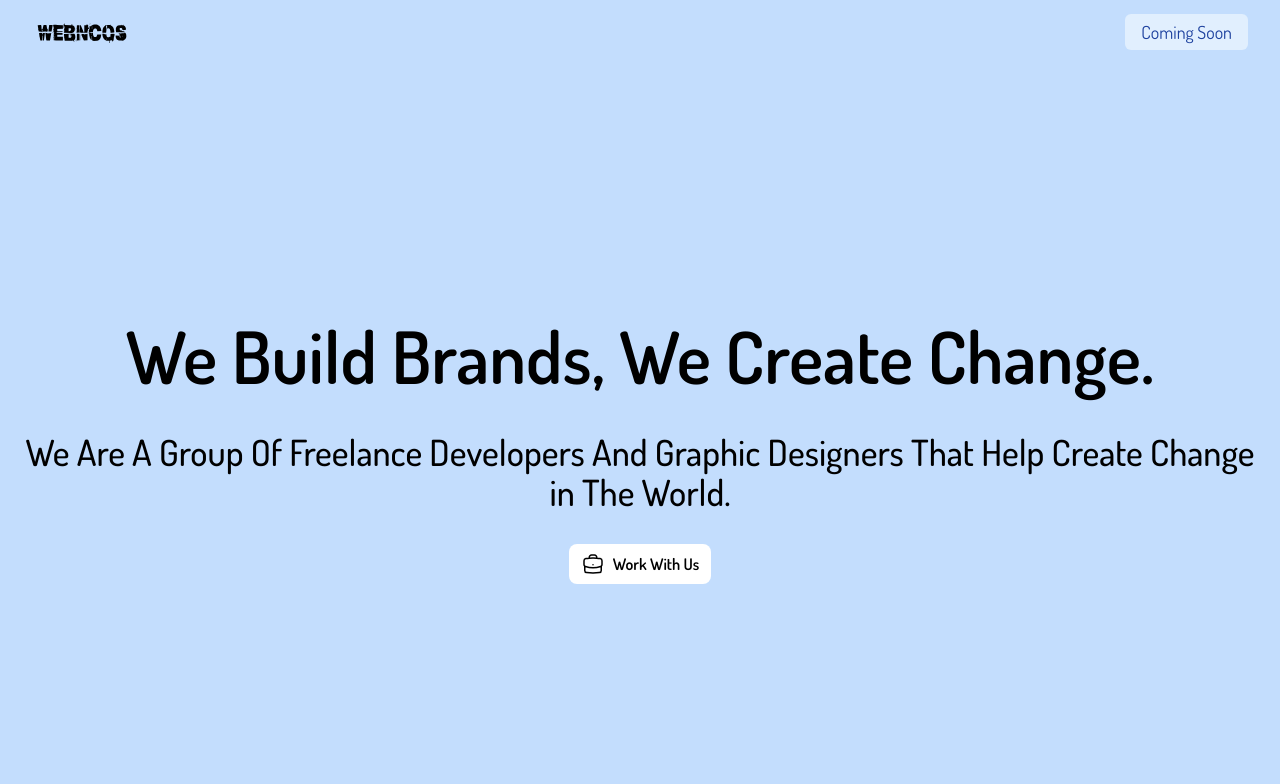
Repository: 1realjulius/webncos
Page: /
An editor plug-in stored every save of this project. The page is shown before and after the next save, followed by the edit.
The browser window is 1280 px wide. The pictures show the whole page.
The project was rebuilt for these pictures with package versions that can differ from the ones it lists, and the page was loaded fresh each time. The framework's server and built-in components were replaced by stand-ins that run in the browser. Also part of the build but not shown: next.config.js.

Above is the page before, as saved 2022-09-04 00:16:31.

### pages/index.tsx
import type { NextPage } from "next";
import Head from "next/head";
import ComingSoon from "../components/ComingSoon";
import MainHome from "../components/MainHome";
import NavigationBar from "../components/NavigationBar";

const Home: NextPage = () => {
  return (
    <div className="flex min-h-screen font-DosisRegular flex-col bg-blue-200">
      <Head>
        <title>Webncos</title>
        <meta
          name="description"
          content="Website and Software Development Agency."
        />
        <meta property="og:type" content="website" />
        <meta property="og:url" content="https://www.webncos.com/" />
        <meta
          property="og:title"
          content="Webncos — Website and Software Development Agency."
        />
        <meta
          property="og:description"
          content="Website and Software Development Agency."
        />
        {/* <meta property="og:image" content="/Assets/newmemoji.svg"/> */}
        {/* <meta property="twitter:card" content="/Assets/Julius_Eghan.jpg"/> */}
        <meta property="twitter:url" content="https://www.webncos.com/" />
        <meta
          property="twitter:title"
          content="Webncos — Website and Software Development Agency."
        />
        <meta
          property="twitter:description"
          content="Website and Software Development Agency."
        />
        {/* <meta property="twitter:image" content="/Assets/Julius_Eghan.jpg"/> */}
        <link rel="icon" href="/favicon.ico" />
        <link
          rel="apple-touch-icon"
          sizes="180x180"
          href="/apple-touch-icon.png"
        />
        <link
          rel="icon"
          type="image/png"
          sizes="32x32"
          href="/favicon-32x32.png"
        />
        <link
          rel="icon"
          type="image/png"
          sizes="16x16"
          href="/favicon-16x16.png"
        />
        {/* <meta name="google-site-verification" content="0HesePHVymRqGiL70HUKPIq0Zsap0uUIb_Ci0DpImRY" /> */}
        <meta
          name="theme-color"
          content="#2563eb"
          media="(prefers-color-scheme: light)"
        />
        <meta
          name="theme-color"
          content="#2563eb"
          media="(prefers-color-scheme: dark)"
        />
      </Head>
      <NavigationBar />
      <ComingSoon/>
    </div>
  );
};

export default Home;

### styles/globals.css
@tailwind base;
@tailwind components;
@tailwind utilities;

@layer base{
      @font-face{
        font-family: 'DosisSemiBold';
        src: url("/Fonts/Dosis-SemiBold.woff2") format("woff2");
      }
      @font-face{
        font-family: 'DosisMedium';
        src: url("/Fonts/Dosis-Medium.woff2") format("woff2");
      }
      @font-face{
        font-family: 'DosisRegular';
        src: url("/Fonts/Dosis-Regular.woff2") format("woff2");
      }
    }

### components/ComingSoon.tsx
import Image from "next/image";
import Link from "next/link";
import React from "react";

const ComingSoon = () => {
  return (
    <div className="flex flex-col items-center justify-center">
      <div className="max-w-7xl min-h-screen flex flex-col items-center justify-center">
        <div className="p-4 text-center">
          <h1 className="font-DosisSemiBold text-4xl md:text-7xl md:my-10 my-4">
            We Build Brands, We Create Change.
          </h1>
          <h3 className="font-DosisMedium md:text-4xl mb-4">
            We Are A Group Of Freelance Developers And Graphic Designers That
            Help Create Change in The World.
          </h3>
        </div>
        <div className="flex flex-col items-center">
          <Link href="mailto:iamjuliusbusiness@gmail.com?subject=Let's work together at Webncos Agency 💰">
            <div className="flex flex-row items-center space-x-2 bg-white px-3 py-2 rounded-lg active:bg-blue-200 cursor-pointer">
              <span>
                <svg
                  xmlns="http://www.w3.org/2000/svg"
                  fill="none"
                  viewBox="0 0 24 24"
                  stroke-width="1.5"
                  stroke="currentColor"
                  className="w-6 h-6"
                >
                  <path
                    stroke-linecap="round"
                    stroke-linejoin="round"
                    d="M20.25 14.15v4.25c0 1.094-.787 2.036-1.872 2.18-2.087.277-4.216.42-6.378.42s-4.291-.143-6.378-.42c-1.085-.144-1.872-1.086-1.872-2.18v-4.25m16.5 0a2.18 2.18 0 00.75-1.661V8.706c0-1.081-.768-2.015-1.837-2.175a48.114 48.114 0 00-3.413-.387m4.5 8.006c-.194.165-.42.295-.673.38A23.978 23.978 0 0112 15.75c-2.648 0-5.195-.429-7.577-1.22a2.016 2.016 0 01-.673-.38m0 0A2.18 2.18 0 013 12.489V8.706c0-1.081.768-2.015 1.837-2.175a48.111 48.111 0 013.413-.387m7.5 0V5.25A2.25 2.25 0 0013.5 3h-3a2.25 2.25 0 00-2.25 2.25v.894m7.5 0a48.667 48.667 0 00-7.5 0M12 12.75h.008v.008H12v-.008z"
                  />
                </svg>
              </span>
              <span className="font-DosisSemiBold leading-none">Work With Us</span>
            </div>
          </Link>
        </div>
      </div>
    </div>
  );
};

export default ComingSoon;

### components/NavigationBar.tsx
/* This example requires Tailwind CSS v2.0+ */
import { Fragment } from "react";
import { Disclosure, Menu, Transition } from "@headlessui/react";
import { BellIcon, MenuIcon, XIcon } from "@heroicons/react/outline";
import Link from "next/link";
import Image from "next/image";

function classNames(...classes: string[]) {
  return classes.filter(Boolean).join(" ");
}

export default function NavigationBar() {
  return (
    <Disclosure as="nav" className="bg-blue-200">
      {({ open }) => (
        <>
          <div className="max-w-7xl mx-auto px-4 sm:px-6 lg:px-8">
            <div className="flex justify-between h-16">
              <div className="flex">
                <div className="flex-shrink-0 flex items-center">
                  {/* the logo */}
                  <Link href="#">
                    <Image
                      src="/Assets/webncos-logo-lg.svg"
                      width={100}
                      height={22}
                      alt="webncos logo"
                      className=""
                    />
                  </Link>
                </div>
                <div className="hidden sm:ml-6 sm:flex sm:space-x-8"></div>
              </div>
              <div className="hidden sm:ml-6 sm:flex sm:items-center">
                {/* <a
                  href="#"
                  className="text-gray-500 text-lg hover:text-gray-900 inline-flex items-center px-3 pt-1 "
                >
                  Work
                </a>
                <a
                  href="#"
                  className="text-gray-500 text-lg hover:text-gray-900 inline-flex items-center px-3 pt-1 "
                >
                  Features
                </a>
                <a
                  href="#"
                  className=" text-gray-500 hover:text-gray-900 inline-flex items-center px-3 pt-1  text-lg"
                >
                  Testimonials
                </a>
                <a
                  href="#"
                  className=" text-gray-500 hover:text-gray-900 inline-flex items-center px-3 pt-1  text-lg"
                >
                  About Us
                </a> */}
                <Link href="#">
                  <div className="px-4 py-1 bg-blue-100 active:bg-blue-300 rounded-md cursor-pointer">
                    <h2 className="text-blue-800 text-lg">Coming Soon</h2>
                  </div>
                </Link>
              </div>
              <div className="-mr-2 flex items-center sm:hidden">
                {/* Mobile menu button */}
                <Disclosure.Button className="inline-flex items-center justify-center p-2 rounded-full text-black hover:text-blue-800 hover:bg-blue-300 ">
                  <span className="sr-only">Open main menu</span>
                  {open ? (
                    <XIcon className="block h-6 w-6" aria-hidden="true" />
                  ) : (
                    <MenuIcon className="block h-6 w-6" aria-hidden="true" />
                  )}
                </Disclosure.Button>
              </div>
            </div>
          </div>

          <Disclosure.Panel className="sm:hidden border-2 border-blue-400 bg-blue-300 rounded-lg px-2 mx-2">
            <div className="hidden flex-col pt-2 space-y-1 items-center">
              <a
                className="hover:bg-blue-200 w-full text-center py-2 rounded-md text-lg"
                href="#"
              >
                Work
              </a>
              <a
                className="hover:bg-blue-200 w-full text-center py-2 rounded-md text-lg"
                href="#"
              >
                Features
              </a>
              <a
                className="hover:bg-blue-200 w-full text-center py-2 rounded-md text-lg"
                href="#"
              >
                Testimonials
              </a>
              <a
                className="hover:bg-blue-200 w-full text-center py-2 rounded-md text-lg"
                href="#"
              >
                About Us
              </a>
            </div>
            <div className="flex py-2 items-center justify-center">
              <Link href="#">
                <div className="px-3 py-1 bg-blue-100 active:bg-blue-300 rounded-md cursor-pointer">
                  <h2 className="text-blue-800 text-lg">Coming Soon</h2>
                </div>
              </Link>
            </div>
          </Disclosure.Panel>
        </>
      )}
    </Disclosure>
  );
}

### tailwind.config.js
/** @type {import('tailwindcss').Config} */
module.exports = {
  content: [
    './pages/**/*.{js,ts,jsx,tsx}',
    './components/**/*.{js,ts,jsx,tsx}',
    "./node_modules/flowbite-react/**/*.js",
  ],
  theme: {
    extend: {
      fontFamily: {
        DosisSemiBold: 'DosisSemiBold, sans-serif',
        DosisMedium: 'DosisMedium, sans-serif',
        DosisRegular: 'DosisRegular, sans-serif',
      },
    },
  },
  plugins: [
    require("flowbite/plugin")
  ],
}

Loaded but not shown: pages/_app.tsx (common file); pages/api/hello.ts (common file)

After the next save:
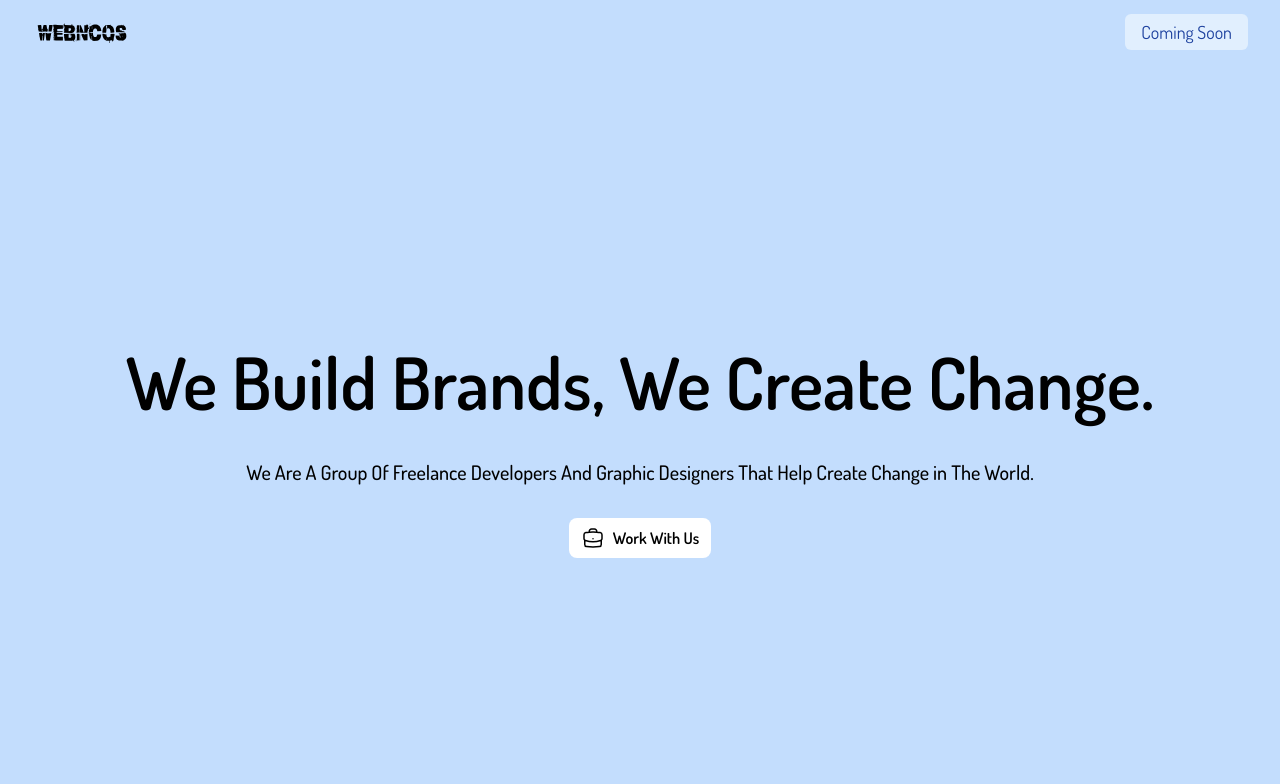
Saved 4 s later.
--- a/components/ComingSoon.tsx
+++ b/components/ComingSoon.tsx
@@ -10,7 +10,7 @@ const ComingSoon = () => {
           <h1 className="font-DosisSemiBold text-4xl md:text-7xl md:my-10 my-4">
             We Build Brands, We Create Change.
           </h1>
-          <h3 className="font-DosisMedium md:text-4xl mb-4">
+          <h3 className="font-DosisMedium md:text-xl mb-4">
             We Are A Group Of Freelance Developers And Graphic Designers That
             Help Create Change in The World.
           </h3>
